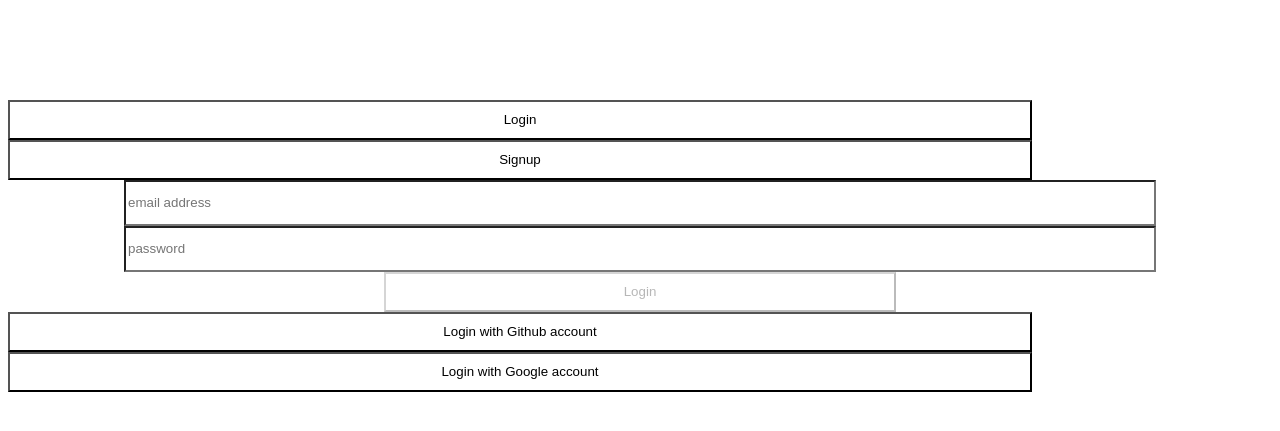
Repository: ValGrace/static-site-generator
Page: / (app in client-frontend/)
The author's editor kept a copy of each file at every save. The page is drawn from the files as they stood at one save, then again after the next save.
The browser window is 1280 px wide. The pictures show the whole page.
The project was rebuilt for these pictures with package versions that can differ from the ones it lists, and the page was loaded fresh each time. Also part of the build but not shown: client-frontend/vite.config.js, client-frontend/src/Components/Signup.jsx, client-frontend/src/App.css.

Above is the page before, as saved 2023-02-04 12:47:56.

### client-frontend/index.html
<!DOCTYPE html>
<html lang="en">
  <head>
    <meta charset="UTF-8" />
    <link rel="icon" type="image/svg+xml" href="/vite.svg" />
    <meta name="viewport" content="width=device-width, initial-scale=1.0" />
    <title>Static Site Generator</title>
  </head>
  <body>
    <div id="root"></div>
    <script type="module" src="/src/main.jsx"></script>
  </body>
</html>

### client-frontend/src/App.jsx
import Dashboard from './Pages/Dashboard'
import './App.css'

function App() {


  return (
    <div className="App">
      <Dashboard />
    </div>
  )
}

export default App

### client-frontend/src/index.css
:root {
  font-family: Inter, system-ui, Avenir, Helvetica, Arial, sans-serif;
  line-height: 1.5;
  font-weight: 400;

  color-scheme: light dark;
  color: rgba(255, 255, 255, 0.87);
  background-color: #ffffff;

  font-synthesis: none;
  text-rendering: optimizeLegibility;
  -webkit-font-smoothing: antialiased;
  -moz-osx-font-smoothing: grayscale;
  -webkit-text-size-adjust: 100%;
}

### client-frontend/src/Pages/Dashboard.jsx
import { useReducer} from 'react'
import Login from '../Components/Login'
import Signup from '../Components/Signup'

const initialState = {page : <Login />}
function reducer(state, action) {
    switch(action.type) {
        case 'loginpage':
          return { page: <Login />}
        case 'signuppage':
            return { page: <Signup />}
        default:
            return { page: <h2>Loading....</h2>}
    }
}
const Dashboard = () => {
    const [state, dispatch] = useReducer(reducer, initialState)
    return (
        <>
         <h2>Static Site Generator</h2>
         <div>Static site Image</div>
         <div>
            <div className='toggleForms'>
                <button onClick={() => dispatch({type: 'loginpage'})} className="type-btn">Login</button>
                <button onClick={() => dispatch({type: 'signuppage'})
                } className="type-btn">Signup</button>
            <div>{state.page}</div>
            </div>
            <button id="auth-btns">Login with Github account</button>
            <button id="auth-btns">Login with Google account</button>
         </div>
       </>
    )
}

export default Dashboard

### client-frontend/src/Components/Login.jsx
import { useRef, useState } from 'react'
import "./Inputs.css"
const Login = () => {
    const emailRef = useRef()
    const passwordRef = useRef()
    const [loading, setLoading] = useState(true)
    const LoginSession = () => {

    }
    return (
    <form onSubmit={LoginSession} className="signupForm">
        <input type='email' placeholder='email address' ref={emailRef} />
        <input type='password' placeholder='password' ref={passwordRef} />
        <button disabled={loading} type='submit' id='sign'>Login</button>
    </form>
    )
}

export default Login

### client-frontend/src/Components/Inputs.css
.signupForm {
   display: flex;
   flex-direction: column;
   justify-content: center;
   align-items: center;
}
input, button {
    width: 80vw;
    height: 3em;
    background-color: transparent;
}

#sign {
   width: 40vw;
}

.toggleForms {
    display: grid;
    grid-template-columns: 1 1;
}

Loaded but not shown: client-frontend/src/main.jsx (common file)

After the next save:
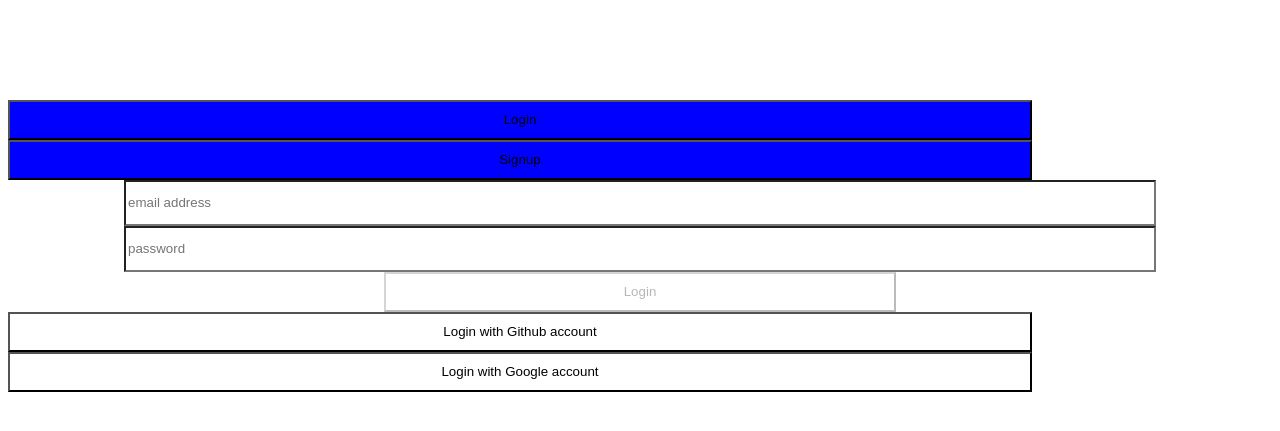
Saved 43 s later.
--- a/client-frontend/src/Components/Inputs.css
+++ b/client-frontend/src/Components/Inputs.css
@@ -18,3 +18,7 @@ input, button {
     display: grid;
     grid-template-columns: 1 1;
 }
+
+.type-btn {
+    background-color: blue;
+}
